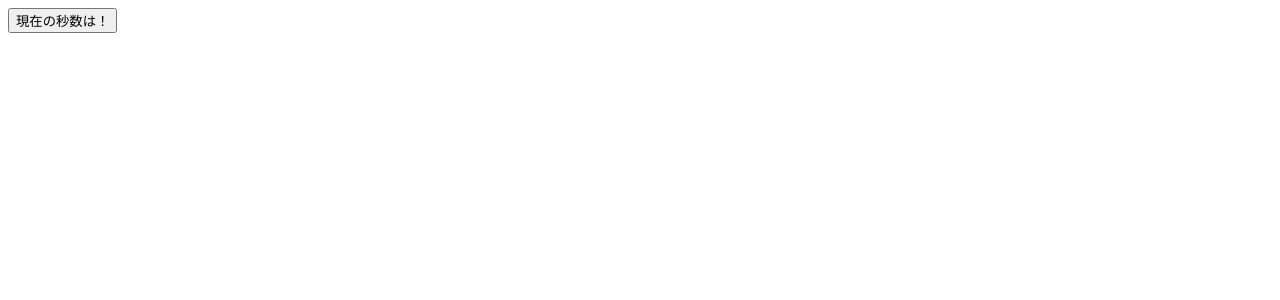
Repository: maigo999/time-abdominal-muscle
Page: index.html
An editor plug-in stored every save of this project. The page is shown before and after the next save, followed by the edit.
The browser window is 1280 px wide. The pictures show the whole page.

Above is the page before, as saved 2018-08-11 09:39:58.

After the next save:
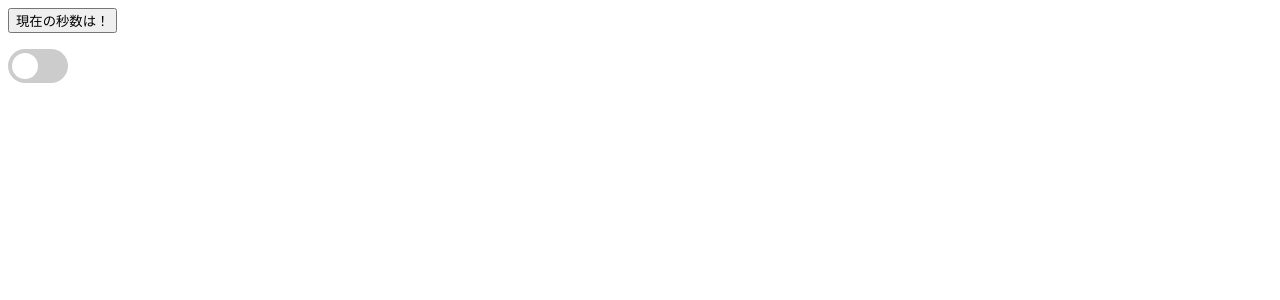
Saved 7 s later.
--- a/index.html
+++ b/index.html
@@ -12,7 +12,10 @@
 <body>
     <button id="button">現在の秒数は！</button>
     <p id="result"></p>
-
+    <label class="switch">
+        <input type="checkbox">
+        <span class="slider round"></span>
+    </label>
     <script src="./js/main.js"></script>
 </body>
 
